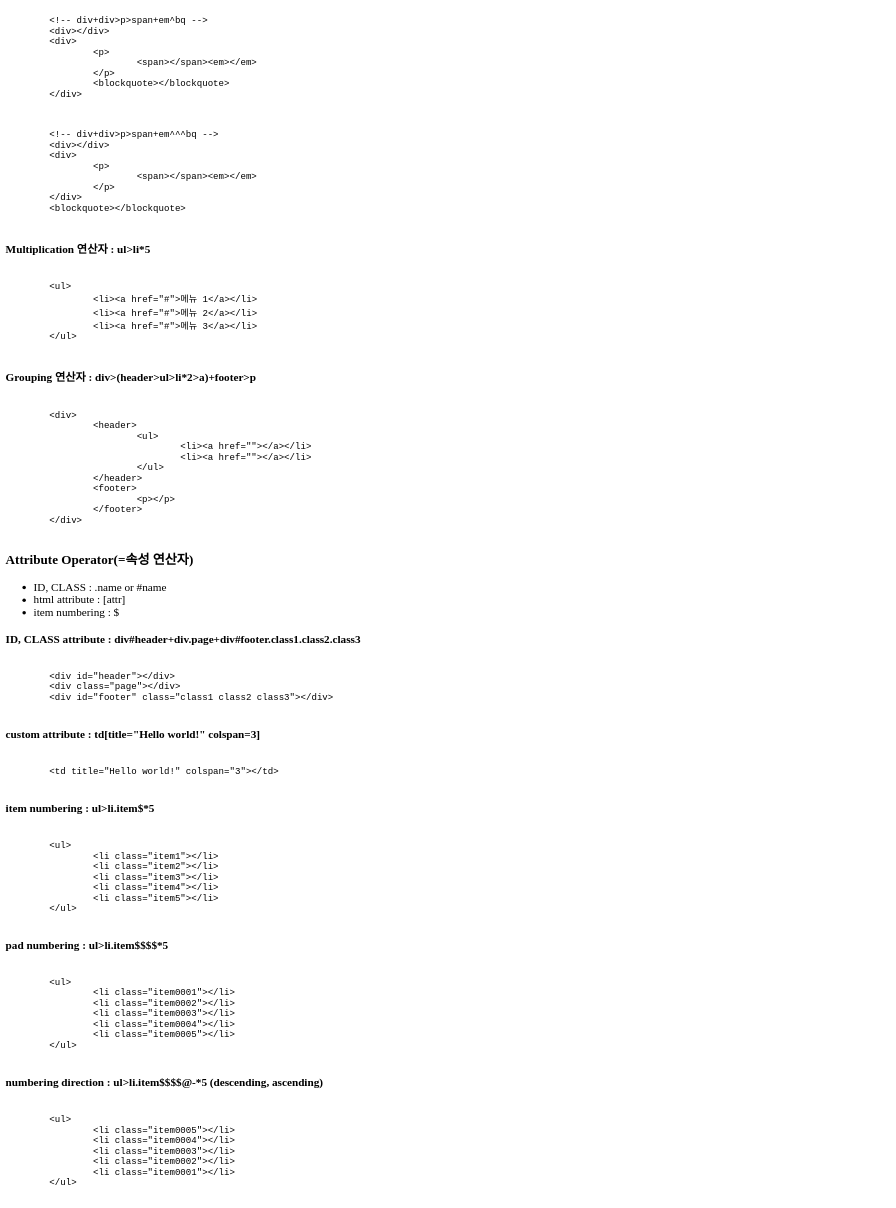
Repository: kvmhyvmvn/Study_WebUI
Page: WorkSpace/CloneCoding1/src/main/webapp/index.html
An editor plug-in stored every save of this project. The page is shown before and after the next save, followed by the edit.
The browser window is 1280 px wide. The pictures show the part of the page from y = 947 to 2867 px (the page is 2672 px tall before and 2867 px after), at 70% of full size.

Above is the page before, as saved 2023-05-30 07:43:29.

### WorkSpace/CloneCoding1/src/main/webapp/index.html
<!DOCTYPE html>
<html>
<head>
<meta charset="UTF-8">
<title>수코딩 클론</title>
<meta name="viewport" content="width=device-width, initial-scale=1.0">
</head>
<body>
	<!-- Emmet Syntax 실습 - https://docs.emmet.io/abbreviations/syntax/ -->
	<h1>Emmet이란?</h1>
	<p>코드를 고속으로 편집하거나 코딩하는데 필요한 플러그인으로 css와 문법이 유사합니다.</p>

	<h2>Emmet 사용법</h2>
	<h3>Element(=요소)</h3>
	<p>Emmet에서 HTML 마크업 요소를 작성할때는, 요소명을 적고 Tab(=확장)을 누르면 자동으로 HTML 요소로 만들어줍니다.</p>

	<h3>Nesting Operator(=중첩 연산자)</h3>
	<ul>
		<li>Child : > (자식, 자손요소 ==> 포함관계로 작성)</li>
		<li>Sibling : + (형제 ==> 중첩된 요소와 나란히 작성)</li>
		<li>Climb-Up : ^ (캐럿 ==> 중첩을 벗어나는 것)</li>
		<li>Multiplication : * (복제 ==> 여러 요소를 작성)</li>
		<li>Grouping : () (그룹은 그룹화)</li>
	</ul>

	<h4>Child 연산자 : div>ul>li</h4>
	<xmp>
	<div>
		<ul>
			<li>Child</li>
		</ul>
	</div>
	</xmp>

	<h4>Sibling 연산자 : div+p+bq</h4>
	<xmp>
	<div></div>
	<p></p>
	<blockquote></blockquote>
	</xmp>

	<h4>Climb-up 연산자 : div+div>p>span+em</h4>
	<xmp>
	<div></div>
	<div>
		<p>
			<span></span><em></em>
		</p>
	</div>
	</xmp>

	<xmp>
	<!-- div+div>p>span+em^bq -->
	<div></div>
	<div>
		<p>
			<span></span><em></em>
		</p>
		<blockquote></blockquote>
	</div>
	</xmp>

	<xmp>
	<!-- div+div>p>span+em^^^bq -->
	<div></div>
	<div>
		<p>
			<span></span><em></em>
		</p>
	</div>
	<blockquote></blockquote>
	</xmp>

	<h4>Multiplication 연산자 : ul>li*5</h4>
	<xmp>
	<ul>
		<li><a href="#">메뉴 1</a></li>
		<li><a href="#">메뉴 2</a></li>
		<li><a href="#">메뉴 3</a></li>
	</ul>
	</xmp>

	<h4>Grouping 연산자 : div>(header>ul>li*2>a)+footer>p</h4>
	<xmp>
	<div>
		<header>
			<ul>
				<li><a href=""></a></li>
				<li><a href=""></a></li>
			</ul>
		</header>
		<footer>
			<p></p>
		</footer>
	</div>
	</xmp>

	<h3>Attribute Operator(=속성 연산자)</h3>
	<ul>
		<li>ID, CLASS : .name or #name</li>
		<li>html attribute : [attr]</li>
		<li>item numbering : $</li>
	</ul>

	<h4>ID, CLASS attribute : div#header+div.page+div#footer.class1.class2.class3</h4>
	<xmp>
	<div id="header"></div>
	<div class="page"></div>
	<div id="footer" class="class1 class2 class3"></div>
	</xmp>

	<h4>custom attribute : td[title="Hello world!" colspan=3]</h4>
	<xmp>
	<td title="Hello world!" colspan="3"></td>
	</xmp>

	<h4>item numbering : ul>li.item$*5</h4>
	<xmp>
	<ul>
		<li class="item1"></li>
		<li class="item2"></li>
		<li class="item3"></li>
		<li class="item4"></li>
		<li class="item5"></li>
	</ul>
	</xmp>

	<h4>pad numbering : ul>li.item$$$$*5</h4>
	<xmp>
	<ul>
		<li class="item0001"></li>
		<li class="item0002"></li>
		<li class="item0003"></li>
		<li class="item0004"></li>
		<li class="item0005"></li>
	</ul>
	</xmp>

	<h4>numbering direction : ul>li.item$$$$@-*5 (descending, ascending)</h4>
	<xmp>
	<ul>
		<li class="item0005"></li>
		<li class="item0004"></li>
		<li class="item0003"></li>
		<li class="item0002"></li>
		<li class="item0001"></li>
	</ul>
	</xmp>
</body>
</html>

After the next save:
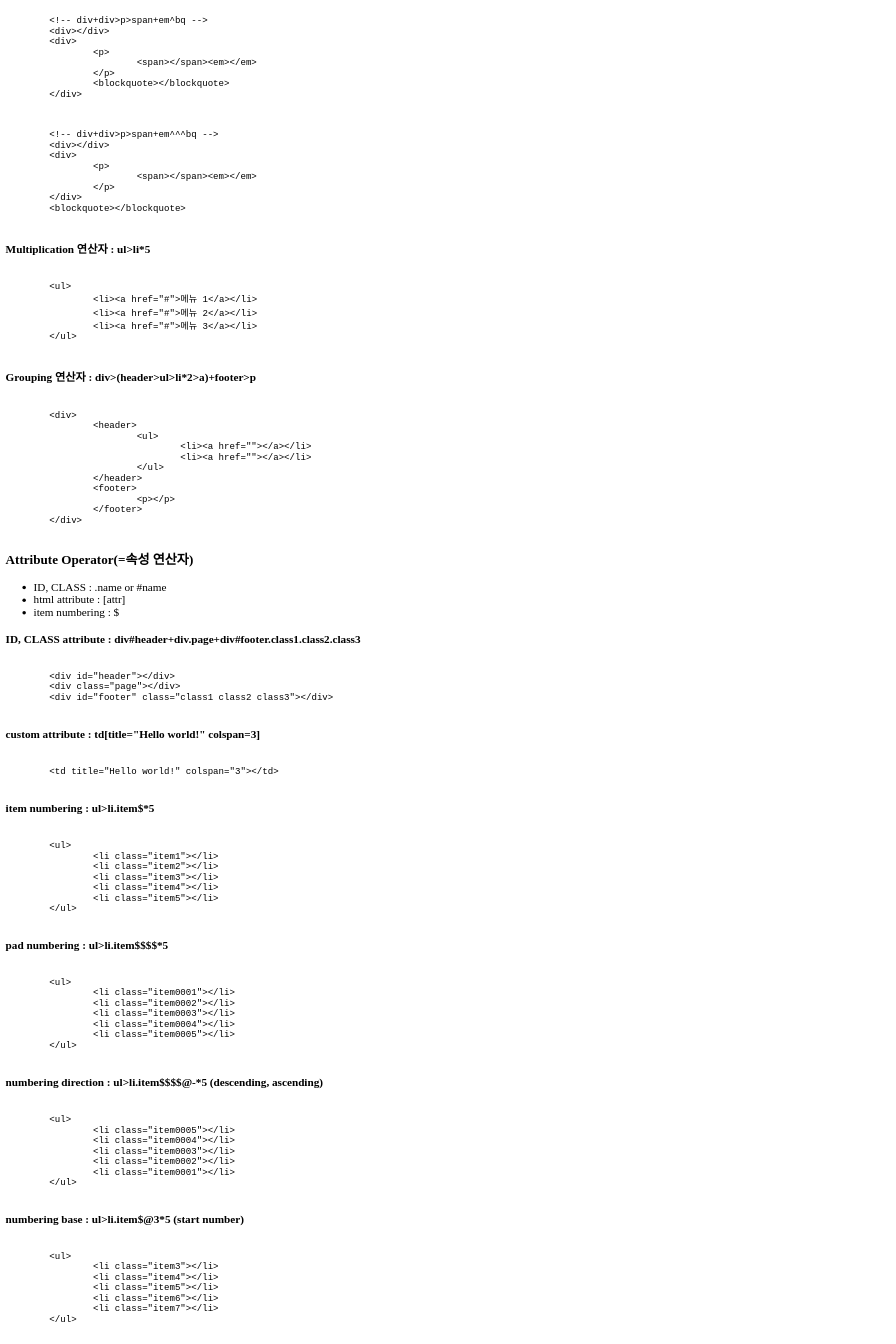
Saved 90 s later.
--- a/WorkSpace/CloneCoding1/src/main/webapp/index.html
+++ b/WorkSpace/CloneCoding1/src/main/webapp/index.html
@@ -146,5 +146,16 @@
 		<li class="item0001"></li>
 	</ul>
 	</xmp>
+
+	<h4>numbering base : ul>li.item$@3*5 (start number)</h4>
+	<xmp>
+	<ul>
+		<li class="item3"></li>
+		<li class="item4"></li>
+		<li class="item5"></li>
+		<li class="item6"></li>
+		<li class="item7"></li>
+	</ul>
+	</xmp>
 </body>
 </html>
